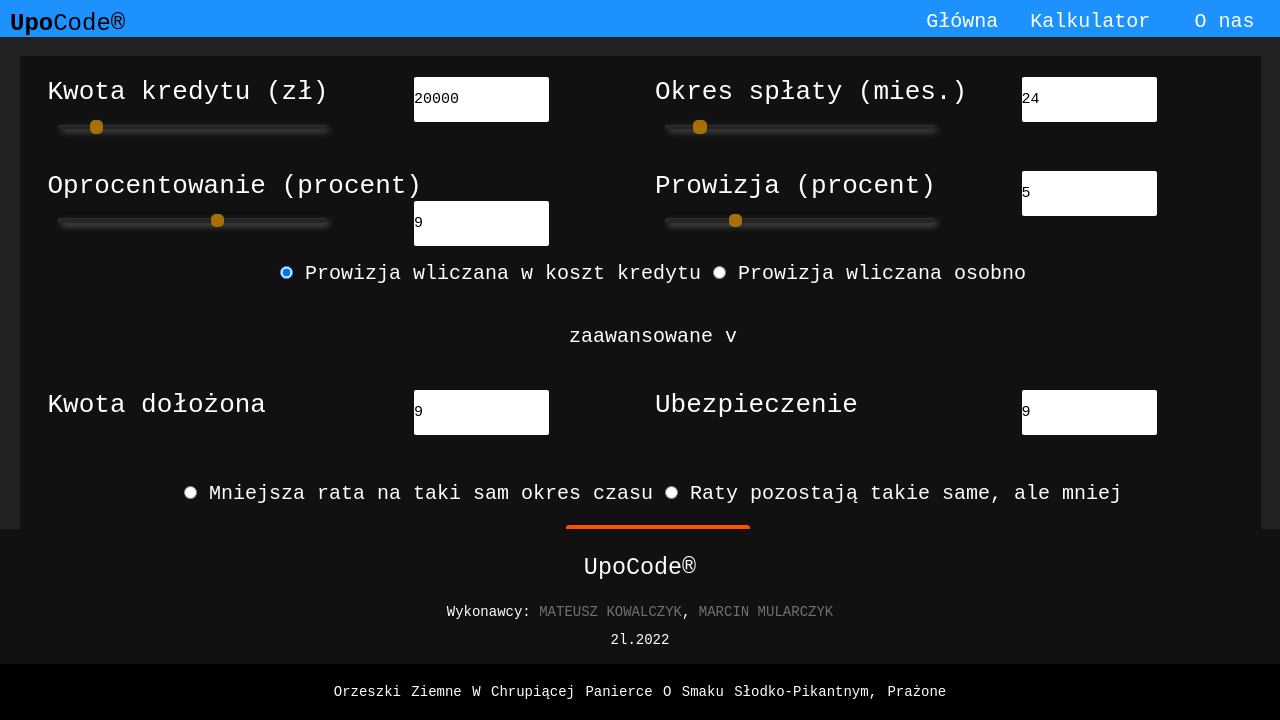
Repository: Klemingway/egzamin
Page: kalkulator.html
These files come from the project's save history. The page is drawn as it stood at one moment and after the next save; the edit follows.
The browser window is 1280 px wide. The pictures show the whole page.

Above is the page before, as saved 2023-01-25 12:18:13.

After the next save:
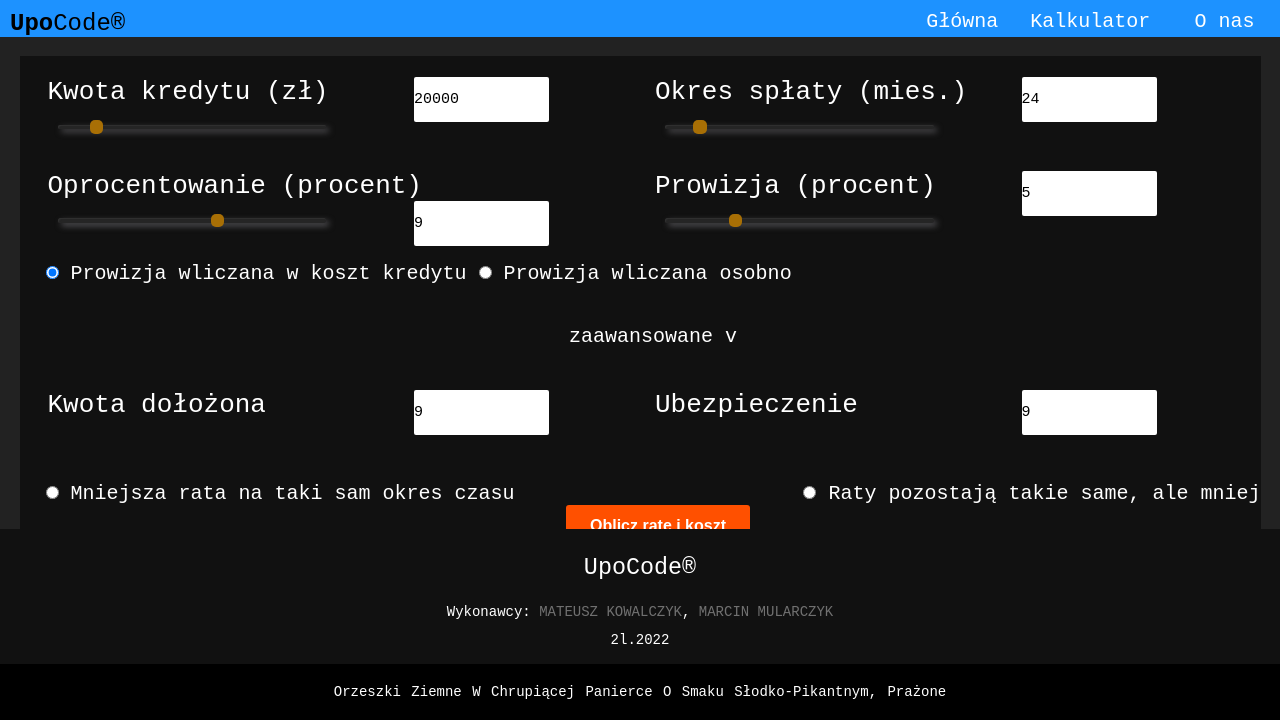
Saved 24 s later.
--- a/style/styl.css
+++ b/style/styl.css
@@ -103,9 +103,16 @@ header {
     font-size: 20px;
     padding-top: 5px;
     width: 100%;
-    text-align: center;
     margin-bottom: 1em;
     /* background-color: gold; */
+}
+
+#l1 {
+    float: left;
+}
+
+#l2 {
+    float: right;
 }
 
 #d6 {
